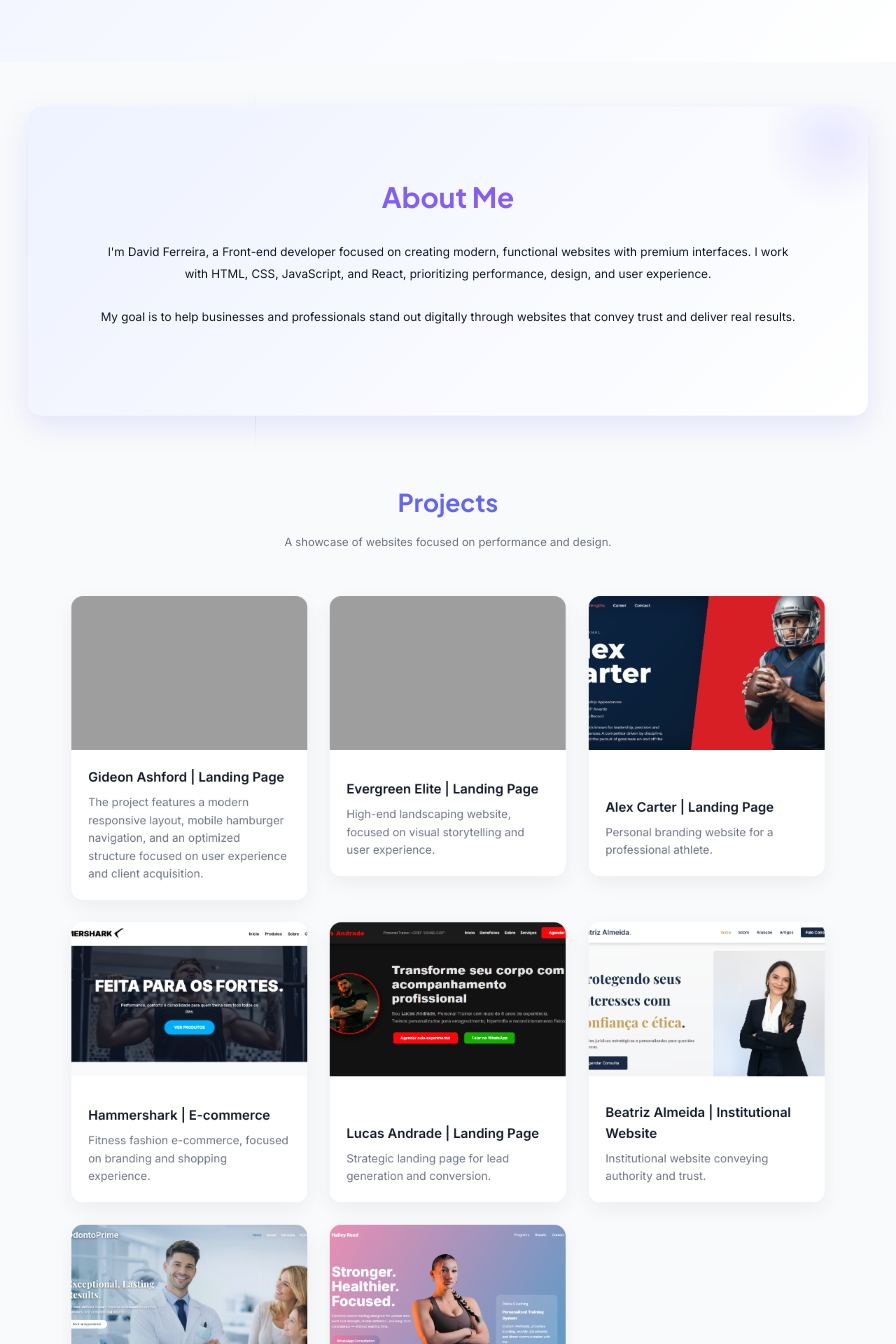
Repository: davidfsillva/portifolio
Page: index.html
The author's editor kept a copy of each file at every save. The page is drawn from the files as they stood at one save, then again after the next save.
The browser window is 1280 px wide. The pictures show the part of the page from y = 632 to 2552 px (the page is 3411 px tall), at 70% of full size.
Pictures or frames that could not be fetched are drawn as grey boxes.

Above is the page before, as saved 2026-02-18 21:23:54.
Console error: TypeError: Cannot read properties of null (reading 'addEventListener')

After the next save:
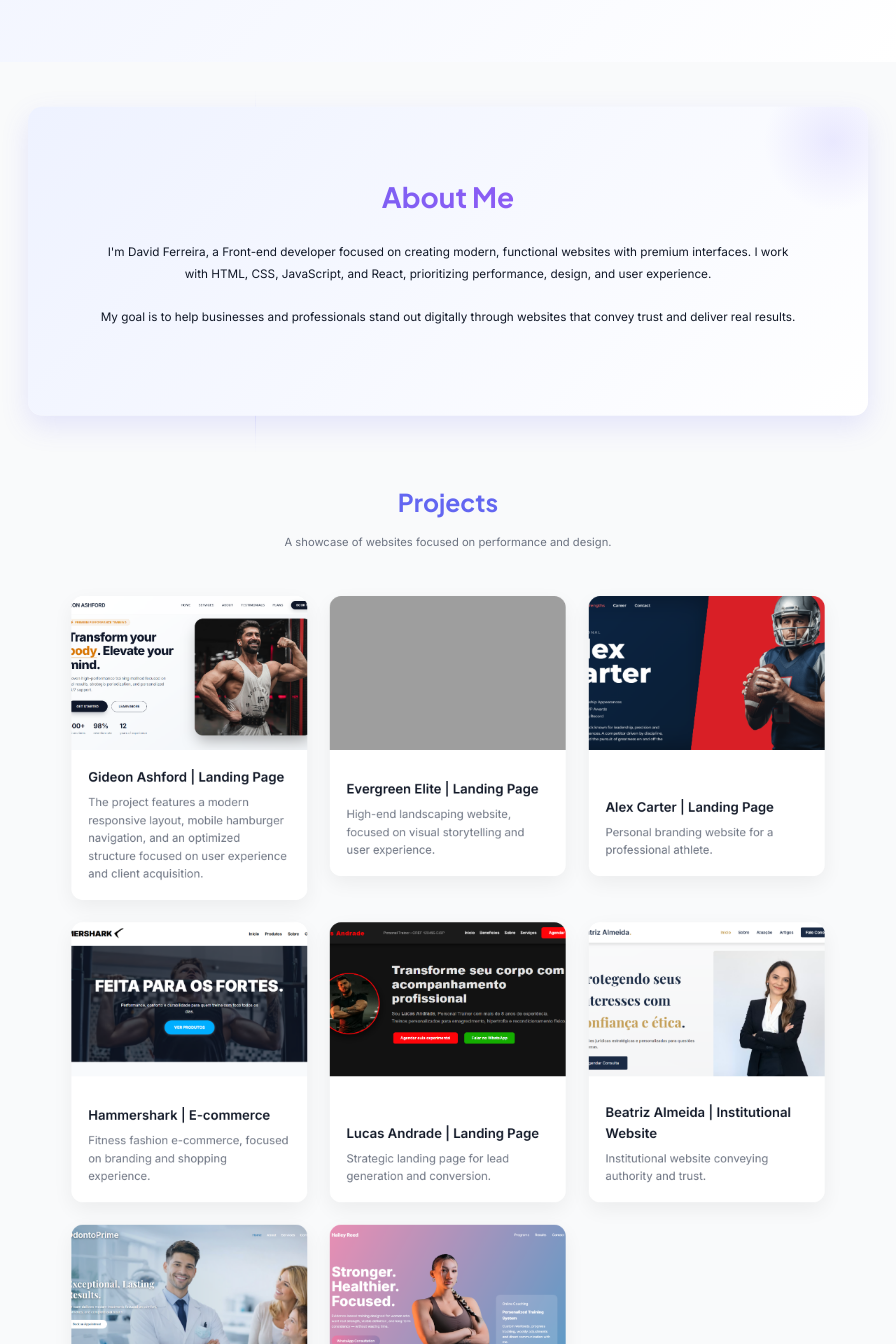
Saved 5 s later.
--- a/index.html
+++ b/index.html
@@ -85,7 +85,7 @@
             <a href="https://davidfsillva.github.io/Gideon-Ashford/" target="_blank" class="project-link">
                 <div class="project-card">
                     <div class="card-image">
-                        <img src="img/" alt="Gideon Ashford">
+                        <img src="img/gideon.png" alt="Gideon Ashford">
                         <div class="card-overlay"><span>View Details</span></div>
                     </div>
                     <div class="card-info">
